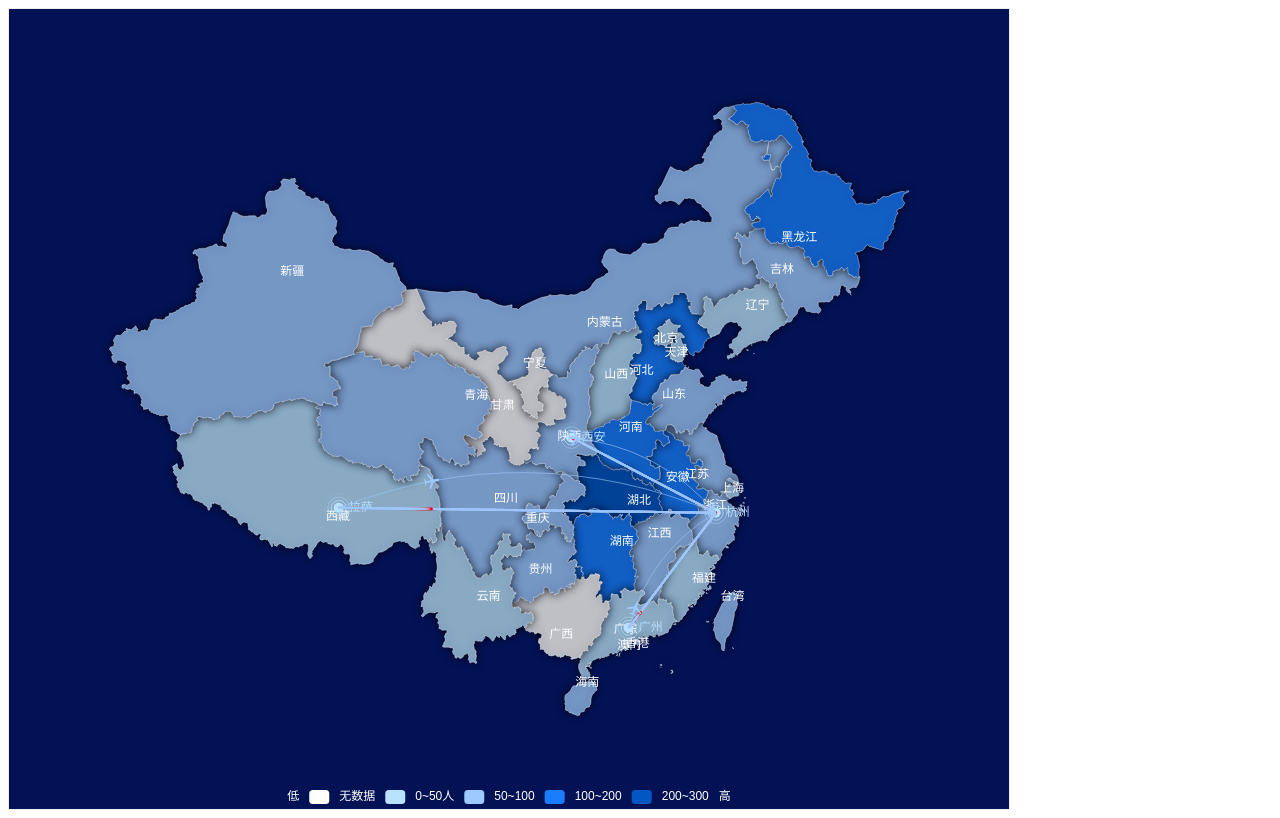
Repository: 572031690/echartssimple
Page: 21.地图常见效果_地图和散点图结合.html
These files come from the project's save history. The page is drawn as it stood at one moment and after the next save; the edit follows.
The browser window is 1280 px wide. The pictures show the whole page.

Above is the page before, as saved 2021-08-11 17:51:46.

After the next save:
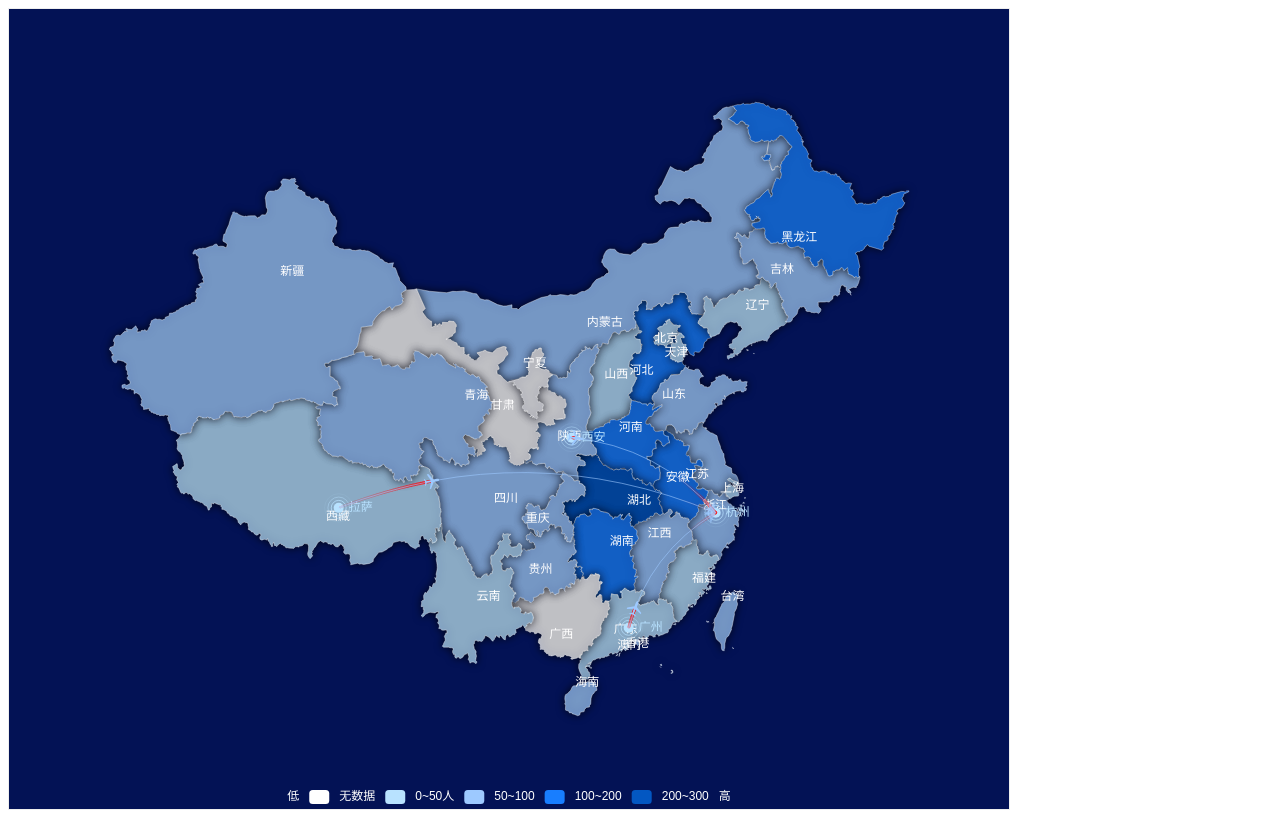
Saved 8 s later.
--- a/21.地图常见效果_地图和散点图结合.html
+++ b/21.地图常见效果_地图和散点图结合.html
@@ -142,8 +142,8 @@
             },
             lineStyle: {
               color: '#46bee9',
-              width: 2,
-              // curveness: 0.2 // 弯曲度
+              width: 0,
+              curveness: 0.2 // 弯曲度
             },
             data:lineSc,
 
